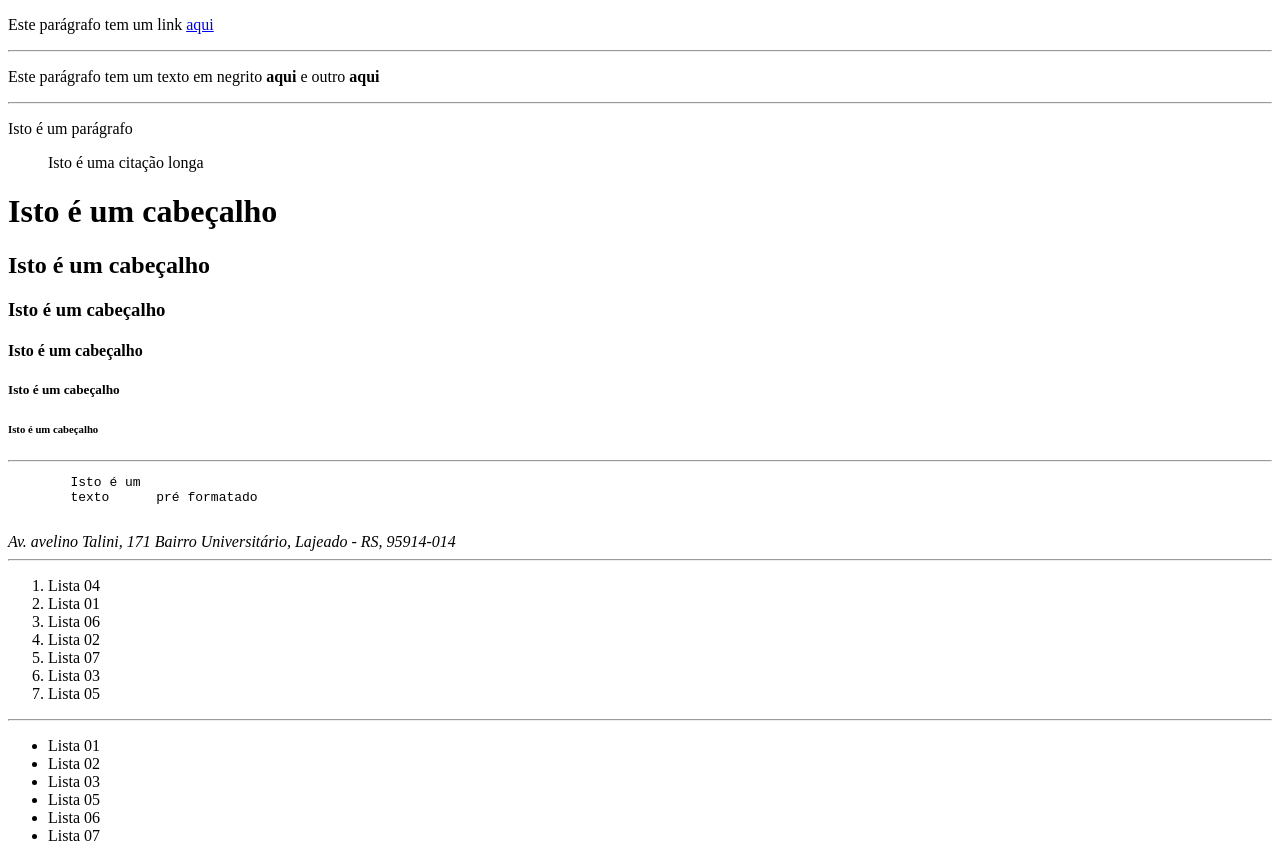
Repository: robsonwssantos/Projeto_Olaria
Page: aula02/index.html
An editor plug-in stored every save of this project. The page is shown before and after the next save, followed by the edit.
The browser window is 1280 px wide. The pictures show the whole page.

Above is the page before, as saved 2023-04-11 21:28:55.

### aula02/index.html
<!DOCTYPE html>
<html lang="pt-BR">
<head>
    <meta charset="UTF-8">
    <meta http-equiv="X-UA-Compatible" content="IE=edge">
    <meta name="viewport" content="width=device-width, initial-scale=1.0">
    <title>Título da Página</title>
</head>
<body>
    <p>
        Este parágrafo tem um link <a href="https://google.com" target="_blank"> aqui</a>
    </p>
    <hr>
    <p>Este parágrafo tem um texto em negrito <b> aqui </b> e outro <strong>aqui</strong></p>
    <hr>
    <p>Isto é um parágrafo</p>
    <blockquote>Isto é uma citação longa</blockquote>
    <h1>Isto é um cabeçalho</h1>
    <h2>Isto é um cabeçalho</h2>
    <h3>Isto é um cabeçalho</h3>
    <h4>Isto é um cabeçalho</h4>
    <h5>Isto é um cabeçalho</h5>
    <h6>Isto é um cabeçalho</h6>

    <hr>

    <pre>
        Isto é um
        texto      pré formatado
    </pre>

    <address>
        Av. avelino Talini, 171
        Bairro Universitário, Lajeado - RS, 95914-014
    </address>
    <hr>
    <ol>
        <li>Lista 04</li>
        <li>Lista 01</li>
            <li>Lista 06</li>
        <li>Lista 02</li>
        <li>Lista 07</li>
        <li>Lista 03</li>
        <li>Lista 05</li>
    </ol>
    <hr>
    <ul>
        <li>Lista 01</li>
        <li>Lista 02</li>
        <li>Lista 03</li>
        <li>Lista 05</li>
        <li>Lista 06</li>
        <li>Lista 07</li>
    </ul>
</body>
</html>

After the next save:
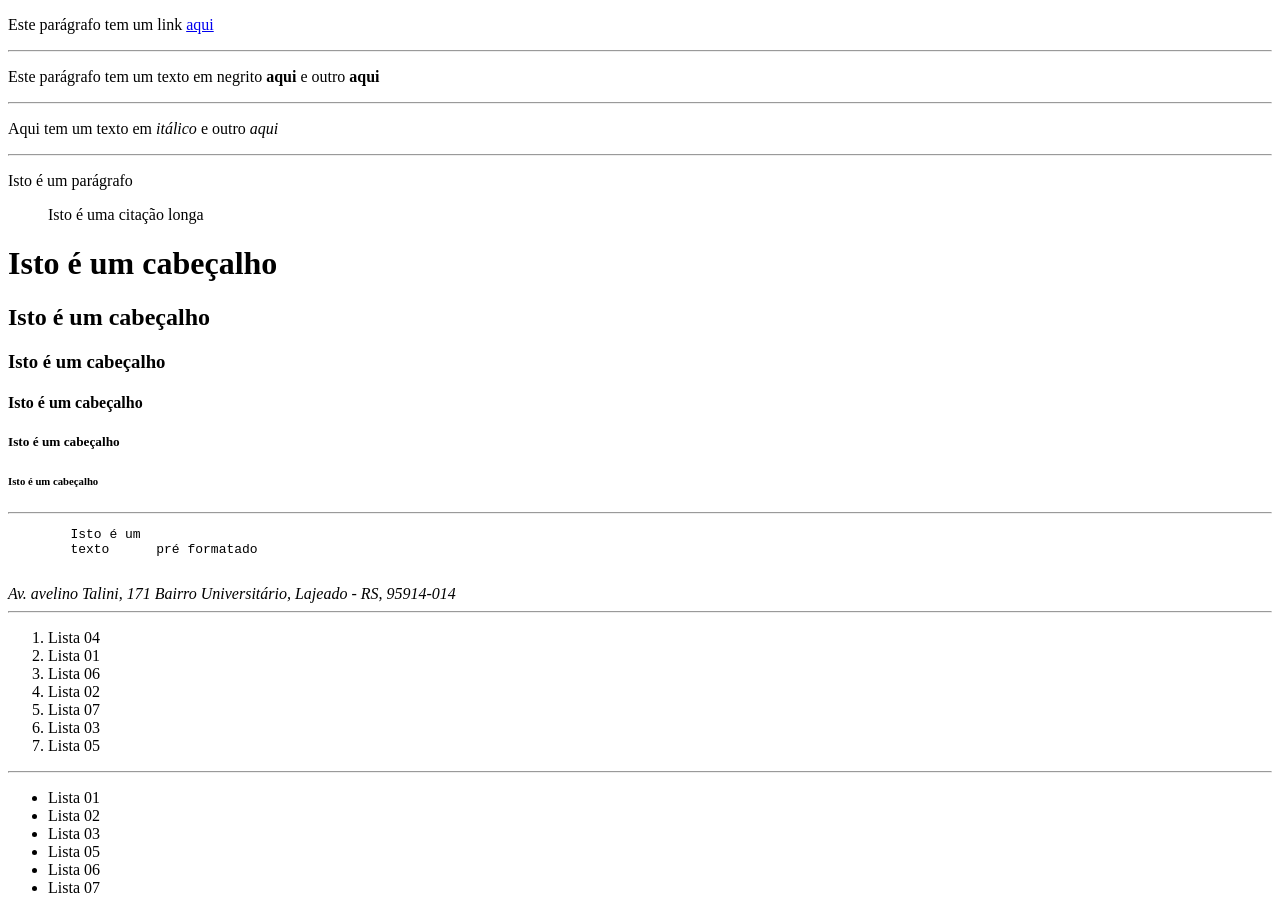
Saved 3 min 22 s later.
--- a/aula02/index.html
+++ b/aula02/index.html
@@ -12,6 +12,8 @@
     </p>
     <hr>
     <p>Este parágrafo tem um texto em negrito <b> aqui </b> e outro <strong>aqui</strong></p>
+    <hr>
+    <p>Aqui tem um texto em <i>itálico</i> e outro <em>aqui</em></p>
     <hr>
     <p>Isto é um parágrafo</p>
     <blockquote>Isto é uma citação longa</blockquote>
